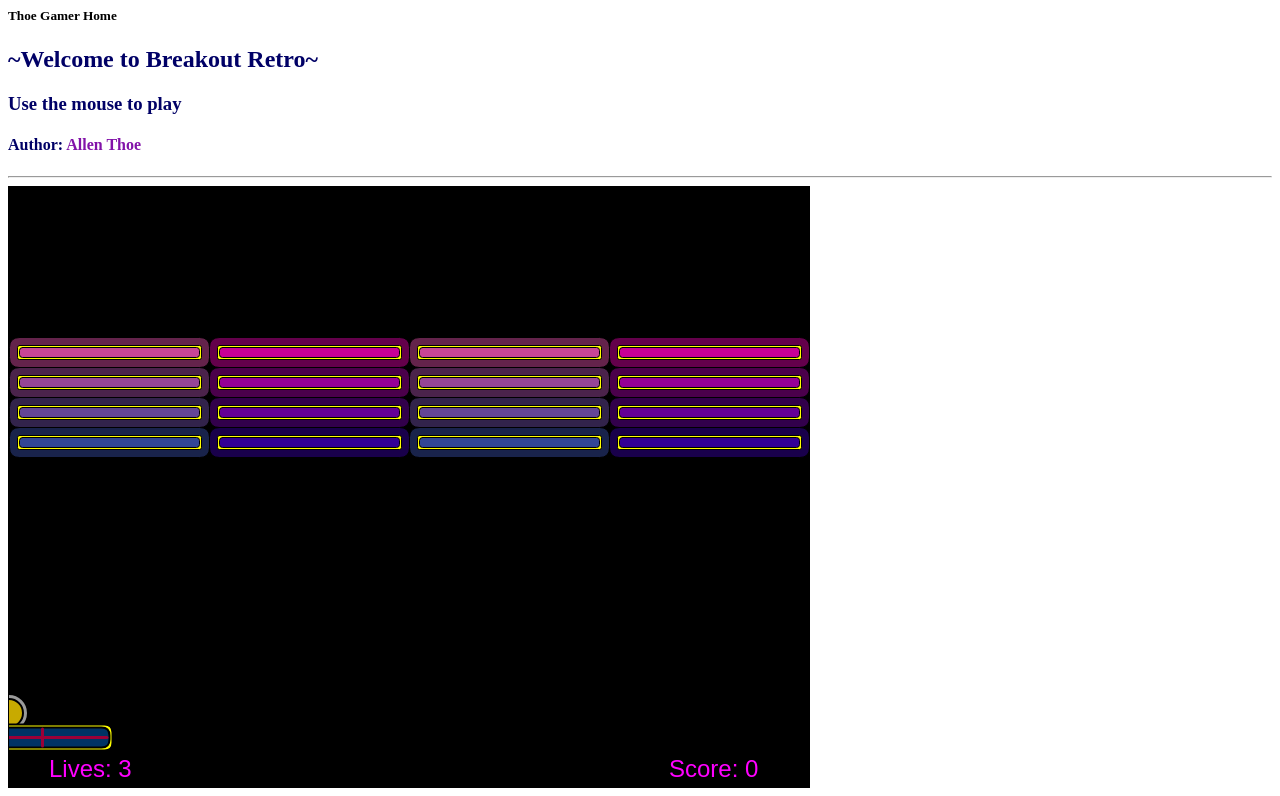
Repository: GamerThoe/GamerThoe.github.io
Page: snake.html
The author's editor kept a record of every edit. The page is drawn from the files as they stood at one moment, then again after the next edit.
The browser window is 1280 px wide. The pictures show the whole page.

Above is the page before.

After the next edit:
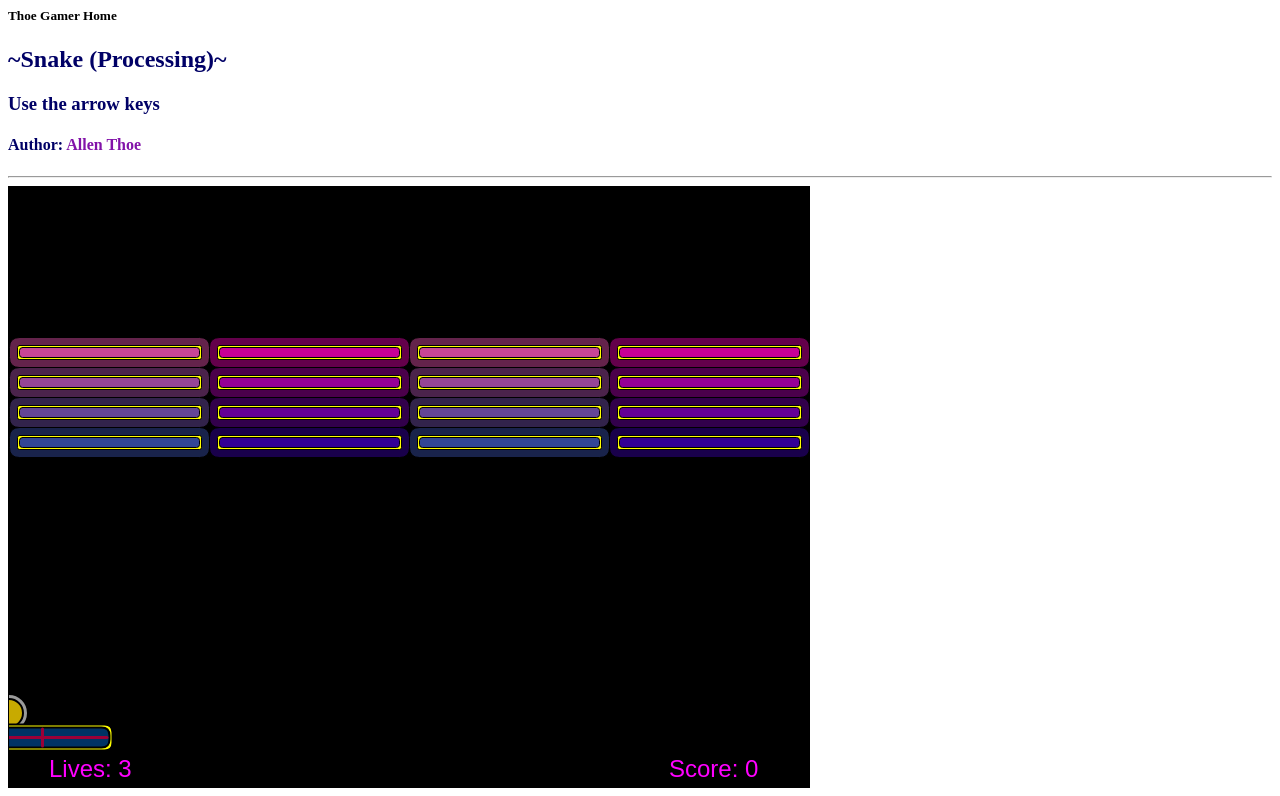
The edit:
--- a/snake.html
+++ b/snake.html
@@ -9,8 +9,8 @@
     <body>
       <header>
         <h5><a href="index.html">Thoe Gamer Home</a></h5>
-        <h2>  ~Welcome to Breakout Retro~</h2>
-        <h3> Use the mouse to play </h3>
+        <h2>  ~Snake (Processing)~</h2>
+        <h3> Use the arrow keys </h3>
         <h4> Author: <span class="high">Allen Thoe </span> </h4>
         <hr>
       </header>
